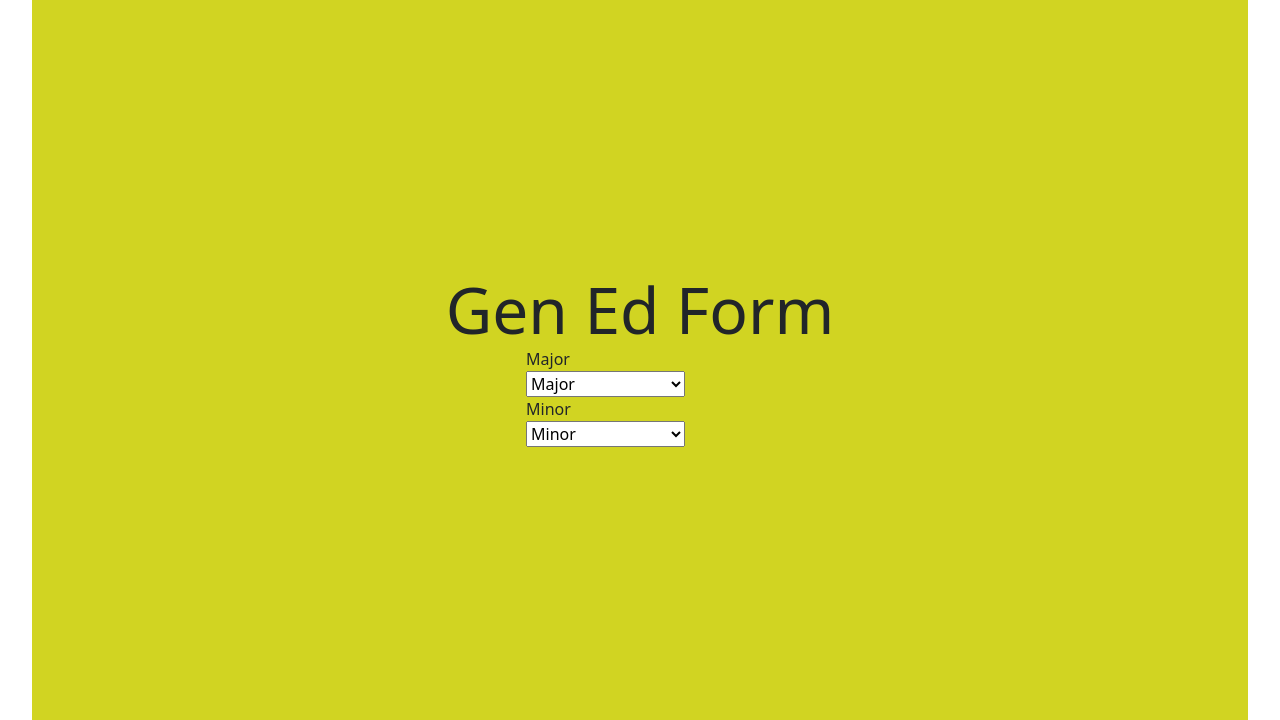
Repository: collegedude9300/zenschool
Page: /GenEd
An editor plug-in stored every save of this project. The page is shown before and after the next save, followed by the edit.
The browser window is 1280 px wide. The pictures show the whole page.
The project was rebuilt for these pictures with package versions that can differ from the ones it lists, and the page was loaded fresh each time. The framework's server and built-in components were replaced by stand-ins that run in the browser. Also part of the build but not shown: next.config.js.

Above is the page before, as saved 2022-10-27 18:20:13.

After the next save:
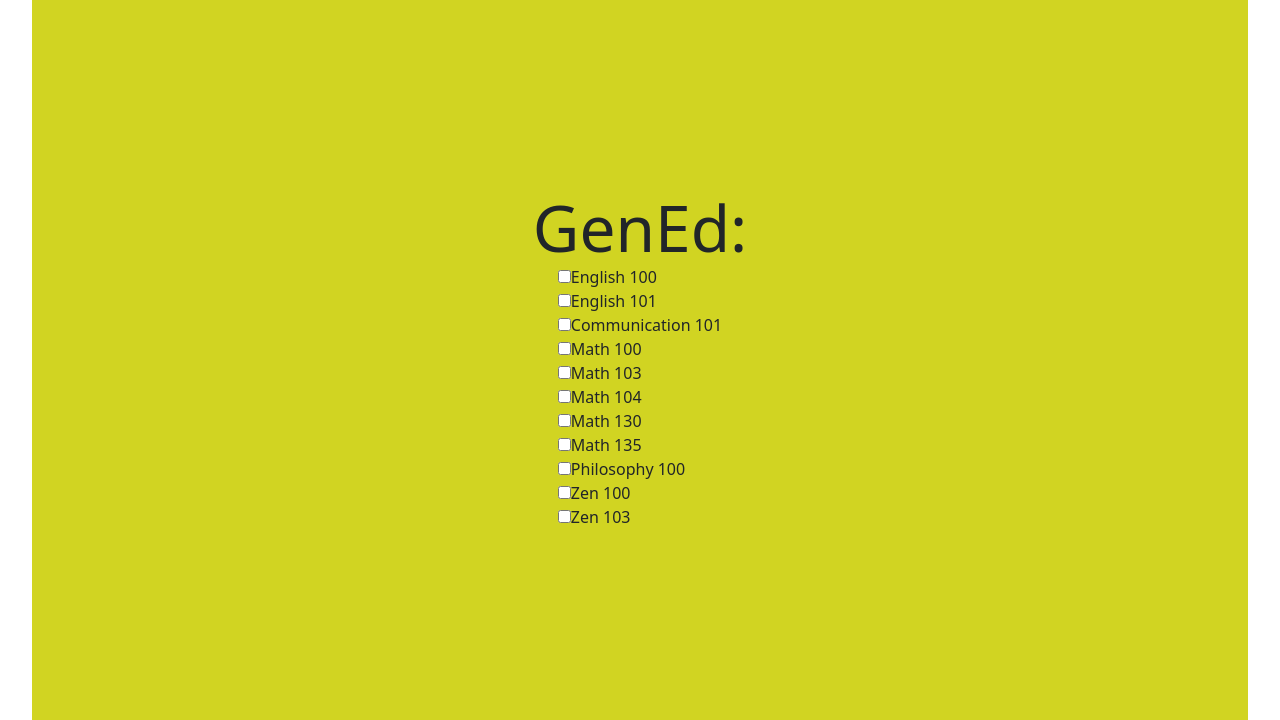
Saved 10 min 6 s later.
--- a/pages/GenEd.js
+++ b/pages/GenEd.js
@@ -4,60 +4,41 @@ import styles from '../styles/Home.module.css'
 import 'bootstrap/dist/css/bootstrap.css'
 export default function GenEd() {
 return(
+//class choices form
 <div className={styles.container}>
 <Head>
-<title>Gen Ed Form</title>
-<meta name="description" content="Gen Ed Form" />
+<title>GenEd</title>
+<meta name="description" content="Generated by create next app" />
 <link rel="icon" href="/favicon.png" />
 </Head>
 <main className={styles.main}>
 <h1 className={styles.title}>
-Gen Ed Form
+GenEd:
 </h1>
-<div className={styles.grid}>
-<div className="container">
-<div className="row">
-<div className="col-25">
-<label for="major">Major</label>
-</div>
-<div className="col-75">
-<select id="major" name="major">
-<option value="Major">Major</option>
-<option value="Computer Science">Computer Science</option>
-<option value="English">English</option>
-<option value="Mathematics">Mathematics</option>
-<option value="Biology">Biology</option>
-<option value="Chemistry">Chemistry</option>
-<option value="Physics">Physics</option>
-<option value="Psychology">Psychology</option>
-<option value="Business">Business</option>
-<option value="History">History</option>
-<option value="Political Science">Political Science</option>
-<option value="Sociology">Sociology</option>
-<option value="Law">Law</option>
-<option value="Education">Education</option>
-<option value="Theater">Theater</option>
-<option value="Art">Art</option>
-<option value="Music">Music</option>
-<option value="Film">Film</option>
-<option value="Other">Other</option>
-</select>
-</div>
-</div>
-<div className="row">
-<div className="col-25">
-<label for="minor">Minor</label>
-</div>
-<div className="col-75">
-<select id="minor" name="minor">
-<option value="Minor">Minor</option>
-<option value="Computer Science">Computer Science</option>
-<option value="English">English</option>
-</select>
-</div>
-</div>
-</div>
-</div>
+<form>
+<input type="checkbox" id="English 100" name="English 100" value="English 100"/>
+<label for="English 100"> English 100</label><br/>
+<input type="checkbox" id="English 101" name="English 101" value="English 101"/>
+<label for="English 101"> English 101</label><br/>
+<input type="checkbox" id="Communication 101" name="Communication 101" value="Communication 101"/>
+<label for="Communication 101"> Communication 101</label><br/>
+<input type="checkbox" id="Math 100" name="Math 100" value="Math 100"/>
+<label for="Math 100"> Math 100</label><br/>
+<input type="checkbox" id="Math 103" name="Math 103" value="Math 103"/>
+<label for="Math 103"> Math 103</label><br/>
+<input type="checkbox" id="Math 104" name="Math 104" value="Math 104"/>
+<label for="Math 104"> Math 104</label><br/>
+<input type="checkbox" id="Math 130" name="Math 130" value="Math 130"/>
+<label for="Math 130"> Math 130</label><br/>
+<input type="checkbox" id="Math 135" name="Math 135" value="Math 135"/>
+<label for="Math 135"> Math 135</label><br/>
+<input type="checkbox" id="Philosophy 100" name="Philosophy 100" value="Philosophy 100"/>
+<label for="Philosophy 100"> Philosophy 100</label><br/>
+<input type="checkbox" id="Zen 100" name="Zen 100" value="Zen 100"/>
+<label for="Zen 100"> Zen 100</label><br/>
+<input type="checkbox" id="Zen 103" name="Zen 103" value="Zen 103"/>
+<label for="Zen 103"> Zen 103</label><br/>
+</form>
 </main>
-</div>
+      </div>
 )}
